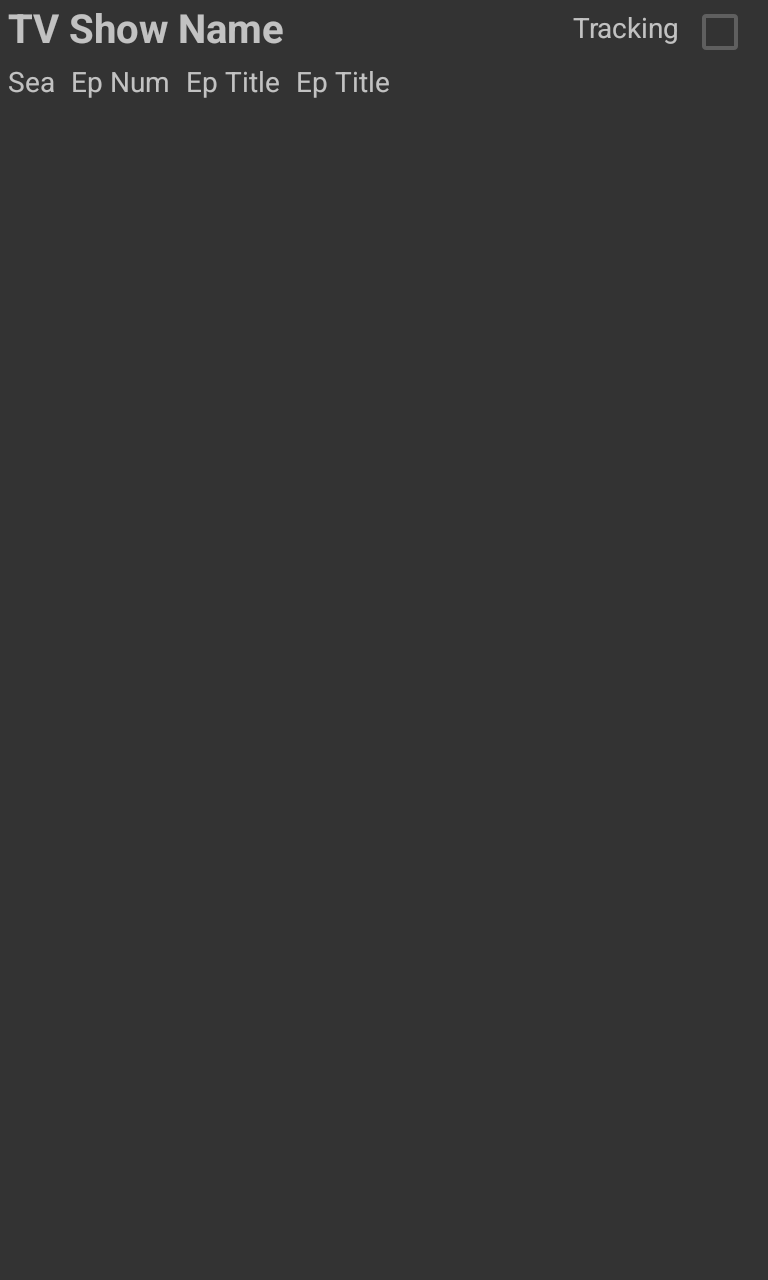
Repository: Jeedan/learning-android-apps
Layout: TvShowTracker/res/layout/list_item_tvshow.xml
The author's editor kept a copy of each file at every save. The layout is drawn from the files as they stood at one save, then again after the next save.
It is drawn on a 768 x 1280 px phone screen (xhdpi) without system bars, with theme AppTheme; the app's code is not run. The app's manifest (not shown) leaves right-to-left support off. So textAlignment, textDirection and layoutDirection are ignored, and left and right values win over start and end ones.

Above is the layout before, as saved 2014-11-01 10:59:05.

After the next save:
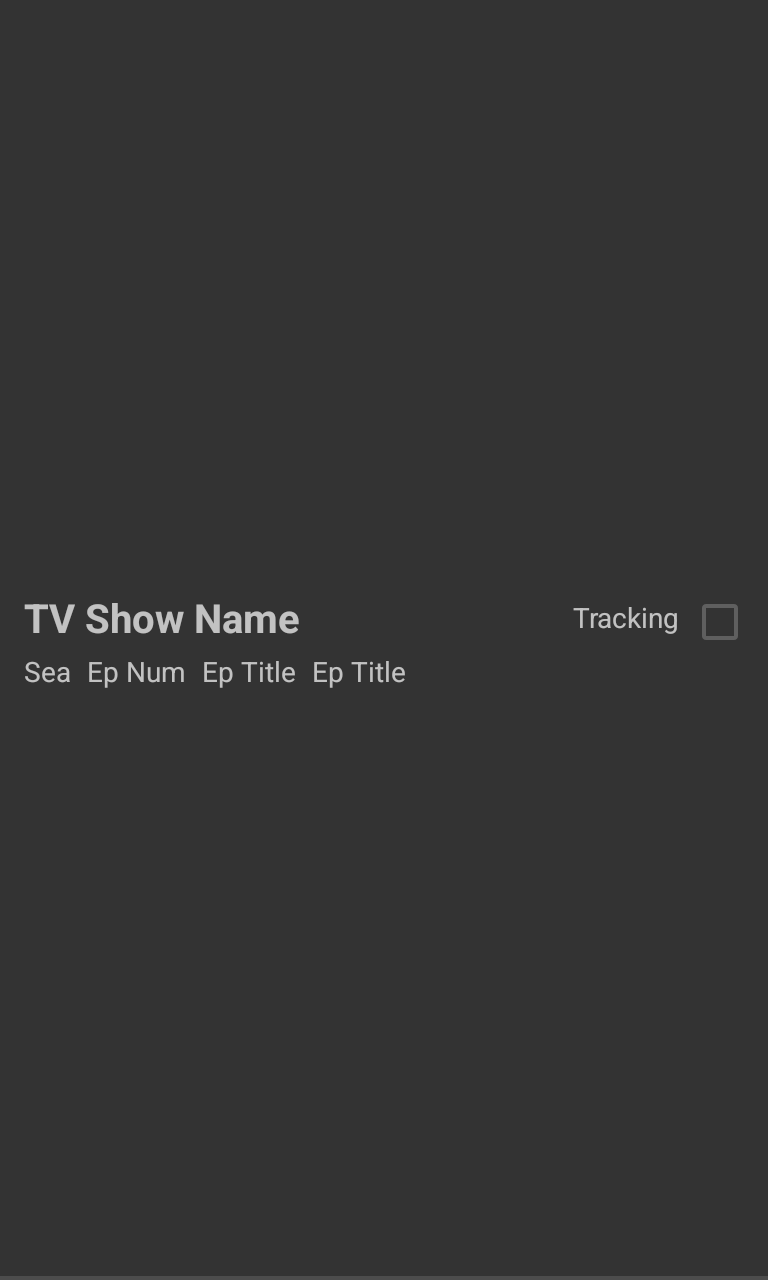
Saved 6 s later.
--- a/TvShowTracker/res/layout/list_item_tvshow.xml
+++ b/TvShowTracker/res/layout/list_item_tvshow.xml
@@ -1,7 +1,7 @@
 <?xml version="1.0" encoding="utf-8"?>
 <RelativeLayout xmlns:android="http://schemas.android.com/apk/res/android"
     android:layout_width="match_parent"
-    android:layout_height="wrap_content" >
+    android:layout_height="wrap_content"style="?android:listSeparatorTextViewStyle" >
 
     <TextView
         android:id="@+id/tv_show_name_text_view"
